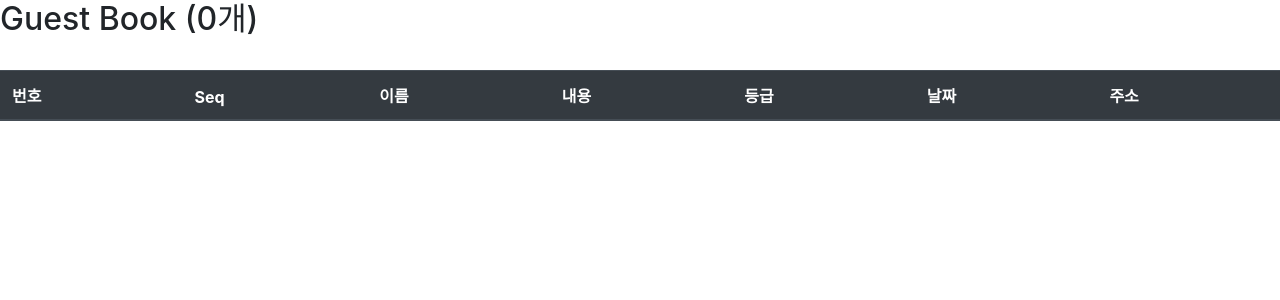
Repository: yerori/Eclipse
Page: http://localhost/ServletGuest/guestbook/list.gb
These files come from the project's save history. The page is drawn as it stood at one moment and after the next save; the edit follows.
The browser window is 1280 px wide. The pictures show the whole page.
The page is served by Tomcat 9. Other server files are loaded and not shown. Queries for data that is not in the repository find no rows.

Above is the page before, as saved 2020-08-05 06:45:21.
Console error (its wording comes from the project's code and is left out).

### ServletGuest/WebContent/guestbook/listResult.jsp
<%@page import="java.util.ArrayList"%>
<%@page import="com.guest.model.GuestDAO"%> <!-- import 먼저 시키고 -->
<%@page import="com.guest.model.GuestDTO"%>
<%@ page language="java" contentType="text/html; charset=UTF-8"
    pageEncoding="UTF-8"%>
 <%@ taglib prefix="c" uri="http://java.sun.com/jsp/jstl/core" %> <!-- lib에 jstl넣고 이 태그 복붙 -->
 <link rel="stylesheet" href="https://stackpath.bootstrapcdn.com/bootstrap/4.5.1/css/bootstrap.min.css" integrity="sha384-VCmXjywReHh4PwowAiWNagnWcLhlEJLA5buUprzK8rxFgeH0kww/aWY76TfkUoSX" crossorigin="anonymous">
<script src="https://stackpath.bootstrapcdn.com/bootstrap/4.5.1/js/bootstrap.min.js" integrity="sha384-XEerZL0cuoUbHE4nZReLT7nx9gQrQreJekYhJD9WNWhH8nEW+0c5qq7aIo2Wl30J" crossorigin="anonymous"></script>
<!-- 부트스트랩 쓰긔 -->


<h2>Guest Book (${count }개)</h2><br>
<table class="table">
  <thead class="thead-dark">
    <tr>
      <th scope="col">번호</th>
      <th>Seq</th>
      <th scope="col">이름</th>
      <th scope="col">내용</th>
      <th scope="col">등급</th>
      <th scope="col">날짜</th>
      <th scope="col">주소</th>
    </tr>
  </thead>
  <tbody>
  <c:forEach items="${guestbook }" var ="guest">
  		<!-- listaction에서 request.setAttribute("guestbook",arr)했으니, items에 guestbook담음-->
    <tr>
    <td>pageNum</td>
    <th scope="row">${guest.num }</th>
	<td>${guest.name }</td>
	<td>${guest.content }</td>
	<td>${guest.grade }</td>
	<td>${guest.created }</td>
	<td>${guest.ipaddr }</td>
	</tr>
	</c:forEach>
</table>
<div align="center">
	<c:if test="${pu.startPage > pu.pageBlock }"> <!-- 이전 -->
	 <a href="javascript:getData(${pu.startPage-pu.pageBlock})">[이전]</a>
	</c:if >

	<c:forEach begin="${pu.startPage}" end="${pu.endPage }" var ="i">
	<c:if test="${i==pu.currentPage }"> <!-- 현재 페이지,, i가 현재페이지 의미 -->
		<c:out value="${i }"/>
	</c:if>

	<c:if test="${i!=pu.currentPage }"><!-- 현재 페이지 아닌 경우 링크 부여 -->
	 <a href="javascript:getData(${i })">${i }</a>
	</c:if>
	</c:forEach>
	<c:if test="${pu.endPage < pu.totPage }">
	 <a href="javascript:getData(${pu.endPage+1 })">[다음]</a>
	</c:if>
</div>
</body>

</html>

### ServletGuest/src/com/guest/action/GuestListAction.java
package com.guest.action;

import java.io.IOException;
import java.util.ArrayList;

import javax.servlet.RequestDispatcher;
import javax.servlet.ServletException;
import javax.servlet.annotation.WebServlet;
import javax.servlet.http.HttpServlet;
import javax.servlet.http.HttpServletRequest;
import javax.servlet.http.HttpServletResponse;

import com.guest.model.GuestDAO;
import com.guest.model.GuestDTO;
import com.guest.model.PageUtil;


@WebServlet("/guestbook/list.gb")
public class GuestListAction extends HttpServlet {
	private static final long serialVersionUID = 1L;

    public GuestListAction() {
        super();
        // TODO Auto-generated constructor stub
    }

	protected void doGet(HttpServletRequest request, HttpServletResponse response) throws ServletException, IOException {
		request.setCharacterEncoding("utf-8");
		GuestDAO dao = GuestDAO.getInstance();
		String pageNum=request.getParameter("pageNum")==null?"1":request.getParameter("pageNum");
		int currentPage=Integer.parseInt(pageNum);
		int pageSize = 5; //한 페이지에 5번까지
		int startRow = (currentPage-1)*pageSize+1;
		int endRow=currentPage*pageSize;

		try {

			int count=dao.getCount();
			//총페이지수
			int totPage=(count/pageSize)+(count%pageSize==0?0:1);
			int pageBlock = 3; //1,2,3 숫자 페이지만
			int startPage = ((currentPage-1)/pageBlock)*pageBlock+1;
			int endPage = startPage+pageBlock-1;

			if(endPage>totPage) endPage=totPage; //마지막 숫자는 나오면 x

			PageUtil pu = new PageUtil();
			pu.setCurrentPage(currentPage);
			pu.setEndPage(endPage);
			pu.setPageBlock(pageBlock);
			pu.setStartPage(startPage);
			pu.setTotPage(totPage);

			ArrayList<GuestDTO> arr = dao.guestList(startRow,endRow);

			request.setAttribute("pu", pu);
			request.setAttribute("guestbook", arr);
			request.setAttribute("count", count);
			RequestDispatcher rd = request.getRequestDispatcher("listResult.jsp");
			rd.forward(request, response);
		} catch (Exception e) {
			e.printStackTrace();
		}
	}

	protected void doPost(HttpServletRequest request, HttpServletResponse response) throws ServletException, IOException {

		doGet(request, response);
	}

}

### ServletGuest/src/com/guest/model/GuestDAO.java
package com.guest.model;

import java.sql.Connection;
import java.sql.PreparedStatement;
import java.sql.ResultSet;
import java.sql.SQLException;
import java.sql.Statement;
import java.util.ArrayList;

import javax.naming.Context;
import javax.naming.InitialContext;
import javax.sql.DataSource;

public class GuestDAO {


	//db세팅
private static GuestDAO instance = new GuestDAO();

	public static GuestDAO getInstance() {
		return instance;
	}

	private Connection getConnection() throws Exception{
		Context iniCtx = new InitialContext();
		Context envCtx = (Context) iniCtx.lookup("java:comp/env");
		DataSource ds = (DataSource) envCtx.lookup("jdbc/guest");
		return ds.getConnection();
	}


	//추가
	public void guestInsert(GuestDTO guest) throws Exception {
		Connection con=null;
		PreparedStatement ps = null;

		try {
			con=getConnection();			// ★ sql문 어려웠다 ㅠ_ㅠ → 입력하는 값이 3개밖에 없고, ip주소는 내가 입력하는게 아님!!
			String sql="insert into guestbook values(guestbook_seq.nextval,?,?,?,sysdate,?)";
			ps=con.prepareStatement(sql);
			ps.setString(1, guest.getName());
			ps.setString(2, guest.getContent());
			ps.setString(3, guest.getGrade());
			ps.setString(4, guest.getIpaddr());
			ps.executeUpdate(); //ps.execute() 적어도 상관 x

		} catch (SQLException e) {
			// TODO Auto-generated catch block
			e.printStackTrace();
		}finally {
			closeConnection(con,ps);
		}
	}

	//전체보기 페이지
	public ArrayList<GuestDTO> guestList(int startRow, int endRow) throws Exception{
		Connection con = null;
		PreparedStatement ps = null;
		ResultSet rs = null;
		ArrayList<GuestDTO> arr = new ArrayList<>();

		try {
			con=getConnection();
			StringBuilder sb = new StringBuilder();
			sb.append("select * from");
			sb.append(" (select aa.*, rownum rn from");
			sb.append(" (select * from guestbook order by num desc) aa");
			sb.append(" where rownum<=? ) where rn>=?");

			ps=con.prepareStatement(sb.toString());
			ps.setInt(1,endRow);
			ps.setInt(2,startRow);
			rs=ps.executeQuery();

			 while(rs.next()) {
				 GuestDTO guest = new GuestDTO();
				 guest.setContent(rs.getString("content"));
				 guest.setCreated(rs.getString("created"));
				 guest.setGrade(rs.getString("grade"));
				 guest.setIpaddr(rs.getString("ipaddr"));
				 guest.setName(rs.getString("name"));
				 guest.setNum(rs.getInt("num"));
				 arr.add(guest);
			 }
		} catch (SQLException e) {
			// TODO Auto-generated catch block
			e.printStackTrace();
		}
		finally {
			closeConnection(con, ps, rs);
		}
		return arr;
	}



	//전체보기
	public ArrayList<GuestDTO> guestList() throws Exception{
		Connection con = null;
		Statement st = null;
		ResultSet rs = null;
		ArrayList<GuestDTO> arr = new ArrayList<>();

		try {
			con=getConnection();
			String sql="select * from guestbook order by num asc";
			st=con.createStatement();
			rs=st.executeQuery(sql);
			 while(rs.next()) {
				 GuestDTO guest = new GuestDTO();
				 guest.setContent(rs.getString("content"));
				 guest.setCreated(rs.getString("created"));
				 guest.setGrade(rs.getString("grade"));
				 guest.setIpaddr(rs.getString("ipaddr"));
				 guest.setName(rs.getString("name"));
				 guest.setNum(rs.getInt("num"));
				 arr.add(guest);
			 }
		} catch (SQLException e) {
			// TODO Auto-generated catch block
			e.printStackTrace();
		}
		finally {
			closeConnection(con, st, rs);
		}
		return arr;
	}


	//상세보기


	//개수
	public int getCount() {
		Connection con=null;
		Statement st = null;
		ResultSet rs = null;
		int count=0;

		try {
			con=getConnection();
			String sql = "select count(*) from guestbook";
			st=con.createStatement();
			rs=st.executeQuery(sql);
			while(rs.next()) {
				count=rs.getInt(1);
			}
		} catch (Exception e) {
			// TODO Auto-generated catch block
			e.printStackTrace();
		}finally {
			closeConnection(con, st, rs);
		}
		return count;
	}



	//닫기

	private void closeConnection(Connection con, PreparedStatement ps) {
		try {
			if(ps!=null) ps.close();
			if(con!=null) con.close();
		} catch (SQLException e) {
			// TODO Auto-generated catch block
			e.printStackTrace();
		}
	}

	private void closeConnection(Connection con, Statement st,ResultSet rs) {

		try {
			if(st!=null) st.close();
			if(con!=null) con.close();
			if(rs!=null) rs.close();
		} catch (SQLException e) {
			// TODO Auto-generated catch block
			e.printStackTrace();
		}

}
}

### ServletGuest/src/com/guest/model/PageUtil.java
package com.guest.model;

public class PageUtil {
	private int currentPage;
	private int endPage;
	private int startPage;
	private int totPage;
	private int pageBlock;
	public int getCurrentPage() {
		return currentPage;
	}
	public void setCurrentPage(int currentPage) {
		this.currentPage = currentPage;
	}
	public int getEndPage() {
		return endPage;
	}
	public void setEndPage(int endPage) {
		this.endPage = endPage;
	}
	public int getStartPage() {
		return startPage;
	}
	public void setStartPage(int startPage) {
		this.startPage = startPage;
	}
	public int getTotPage() {
		return totPage;
	}
	public void setTotPage(int totPage) {
		this.totPage = totPage;
	}
	public int getPageBlock() {
		return pageBlock;
	}
	public void setPageBlock(int pageBlock) {
		this.pageBlock = pageBlock;
	}
}

After the next save:
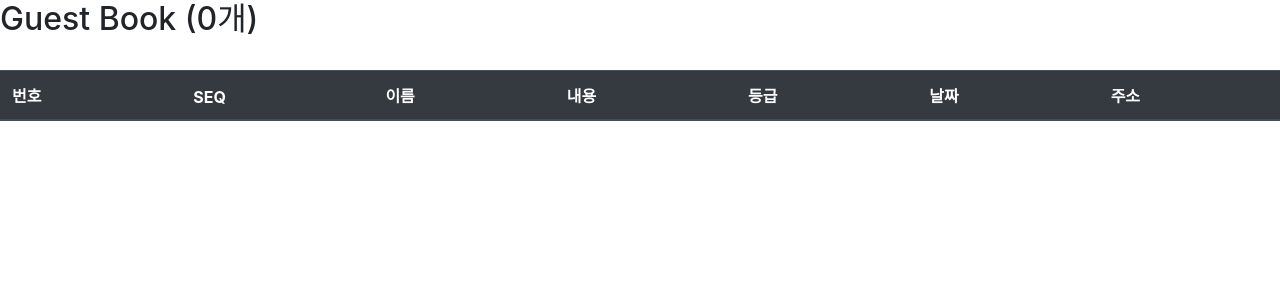
Saved 4 min 37 s later.
--- a/ServletGuest/WebContent/guestbook/listResult.jsp
+++ b/ServletGuest/WebContent/guestbook/listResult.jsp
@@ -14,7 +14,7 @@
   <thead class="thead-dark">
     <tr>
       <th scope="col">번호</th>
-      <th>Seq</th>
+	  <th scope="col">SEQ</th>
       <th scope="col">이름</th>
       <th scope="col">내용</th>
       <th scope="col">등급</th>
@@ -26,8 +26,8 @@
   <c:forEach items="${guestbook }" var ="guest">
   		<!-- listaction에서 request.setAttribute("guestbook",arr)했으니, items에 guestbook담음-->
     <tr>
-    <td>pageNum</td>
     <th scope="row">${guest.num }</th>
+    <td></td>
 	<td>${guest.name }</td>
 	<td>${guest.content }</td>
 	<td>${guest.grade }</td>
